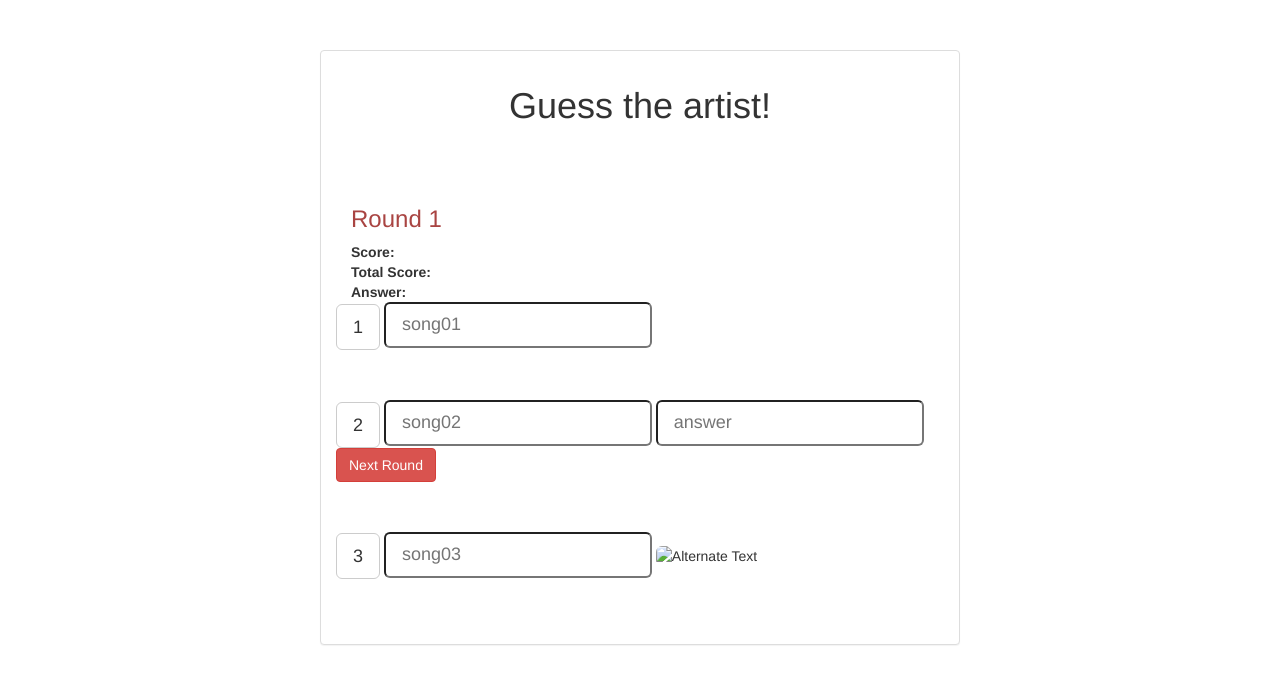
Repository: VladLevishevGIT/MyProjects
Page: Java/GuessTheArtistQuizWeb/WebContent/GuessTheArtist.html
An editor plug-in stored every save of this project. The page is shown before and after the next save, followed by the edit.
The browser window is 1280 px wide. The pictures show the whole page.
The page's requests for data from a server got no answer.

Above is the page before, as saved 2017-03-07 10:34:57.

After the next save:
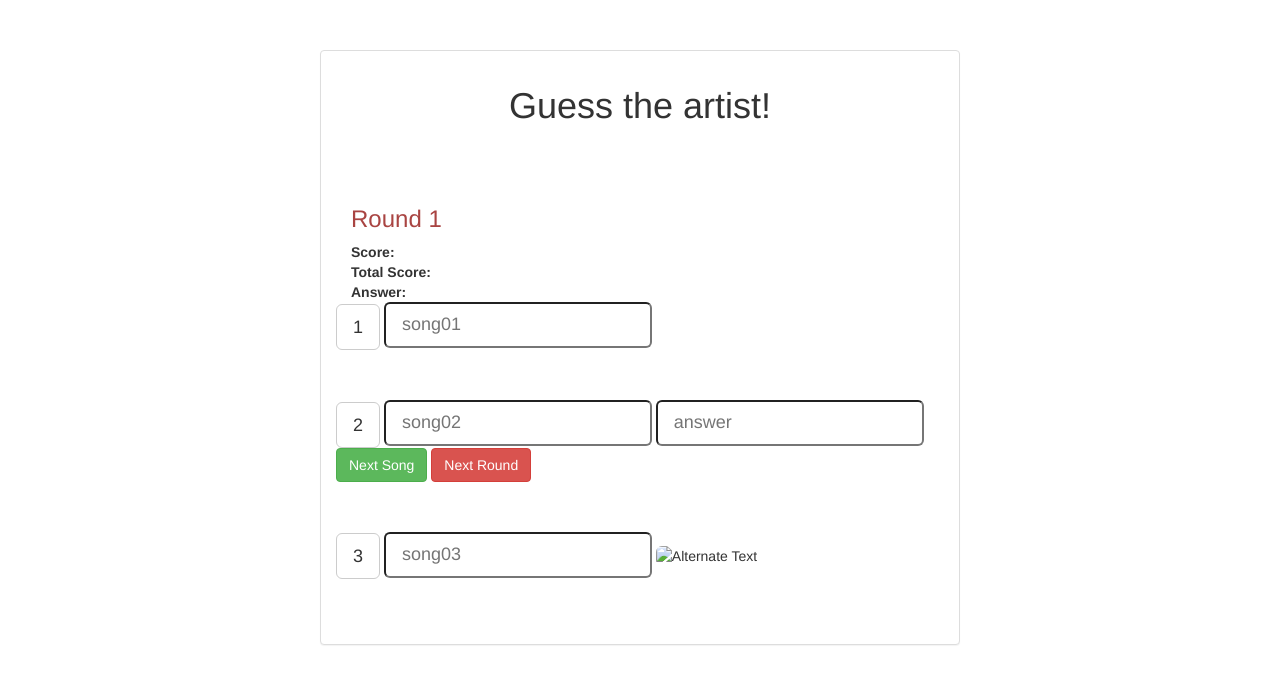
Saved 21 s later.
--- a/Java/GuessTheArtistQuizWeb/WebContent/GuessTheArtist.html
+++ b/Java/GuessTheArtistQuizWeb/WebContent/GuessTheArtist.html
@@ -31,7 +31,7 @@
                         <button type="button" class="btn btn-lg btn-default">2</button>
                         <input type="text" name="song02" value="{{round.secondSong}}" class="input-lg" placeholder="song02"/>
                         <input type="text" name="answer" value="" class="input-lg" placeholder="answer" ng-model="inputValue"/>
-                        <button class="btn btn-success" ng-click="getOneMoreSong(inputValue)" ng-show="{{nextSong}}">Next Song</button>
+                        <button class="btn btn-success" ng-click="getOneMoreSong(inputValue)" ng-show="{{nextRound}}">Next Song</button>
                         <button class="btn btn-danger" ng-click="nextRound()" ng-show="{{nextRound}}">Next Round</button>
                     </div>
                         <div style="height:50px"></div>

After the save that followed:
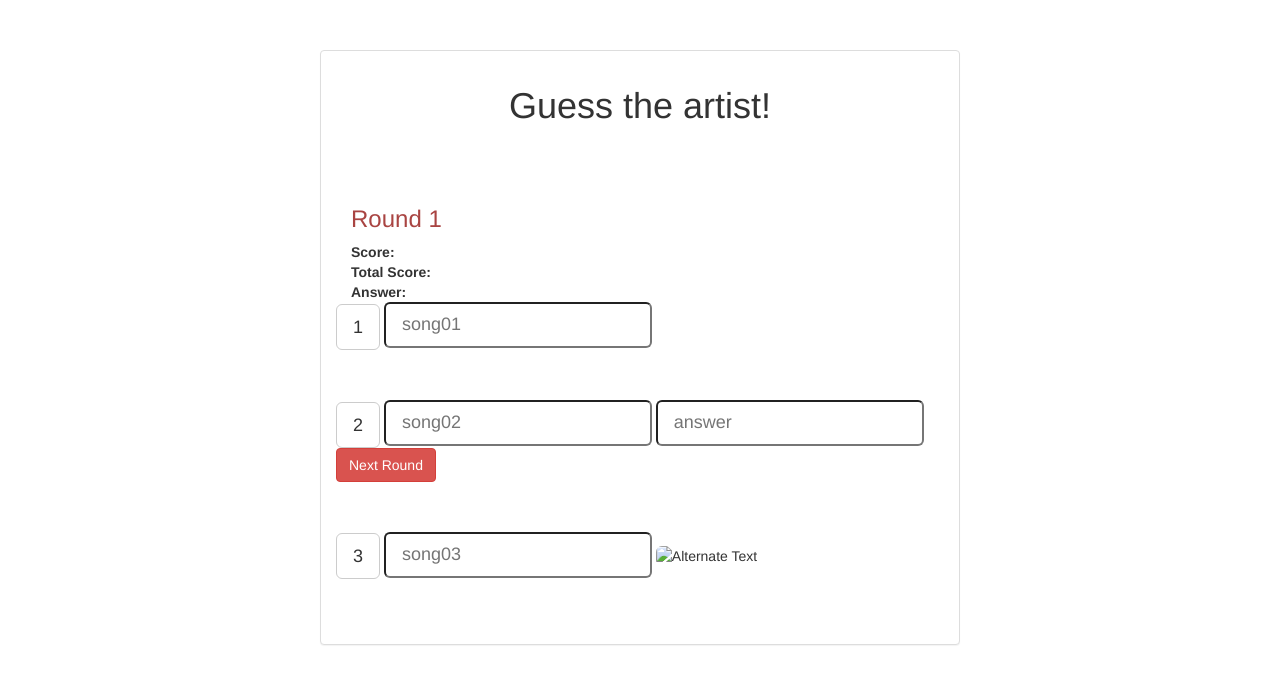
Saved 10 s later.
--- a/Java/GuessTheArtistQuizWeb/WebContent/GuessTheArtist.html
+++ b/Java/GuessTheArtistQuizWeb/WebContent/GuessTheArtist.html
@@ -31,7 +31,7 @@
                         <button type="button" class="btn btn-lg btn-default">2</button>
                         <input type="text" name="song02" value="{{round.secondSong}}" class="input-lg" placeholder="song02"/>
                         <input type="text" name="answer" value="" class="input-lg" placeholder="answer" ng-model="inputValue"/>
-                        <button class="btn btn-success" ng-click="getOneMoreSong(inputValue)" ng-show="{{nextRound}}">Next Song</button>
+                        <button class="btn btn-success" ng-click="getOneMoreSong(inputValue)" ng-show="{{nextRound1}}">Next Song</button>
                         <button class="btn btn-danger" ng-click="nextRound()" ng-show="{{nextRound}}">Next Round</button>
                     </div>
                         <div style="height:50px"></div>
